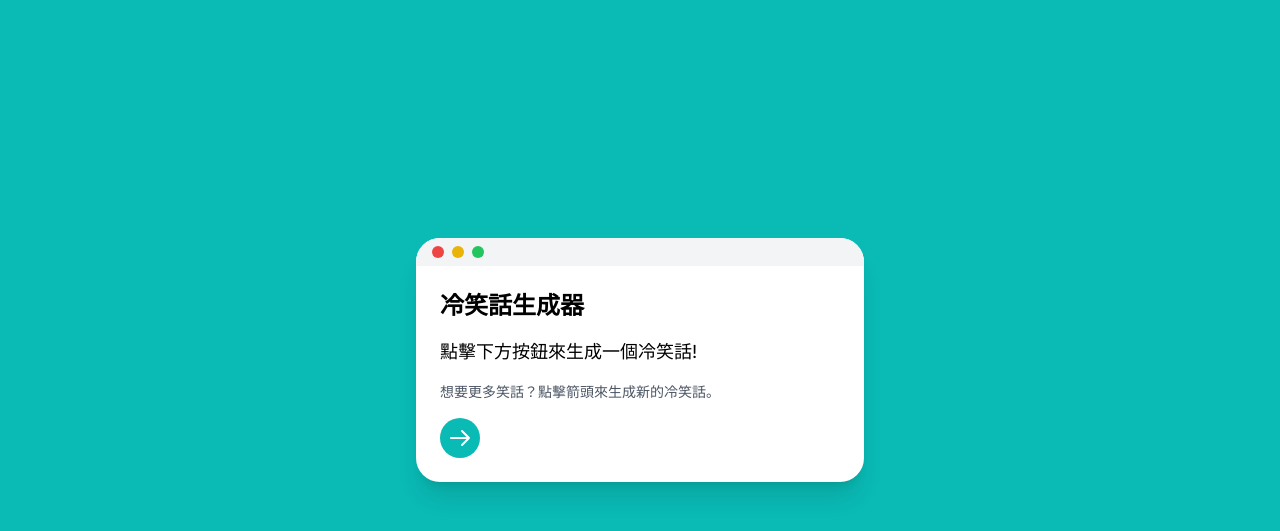
Repository: a7351220/joke-generator
Page: /
These files come from the project's save history. The page is drawn as it stood at one moment and after the next save; the edit follows.
The browser window is 1280 px wide. The pictures show the whole page.
The project was rebuilt for these pictures with package versions that can differ from the ones it lists, and the page was loaded fresh each time. The framework's server and built-in components were replaced by stand-ins that run in the browser. Also part of the build but not shown: next.config.mjs.

Above is the page before, as saved 2024-07-04 23:41:23.

After the next save:
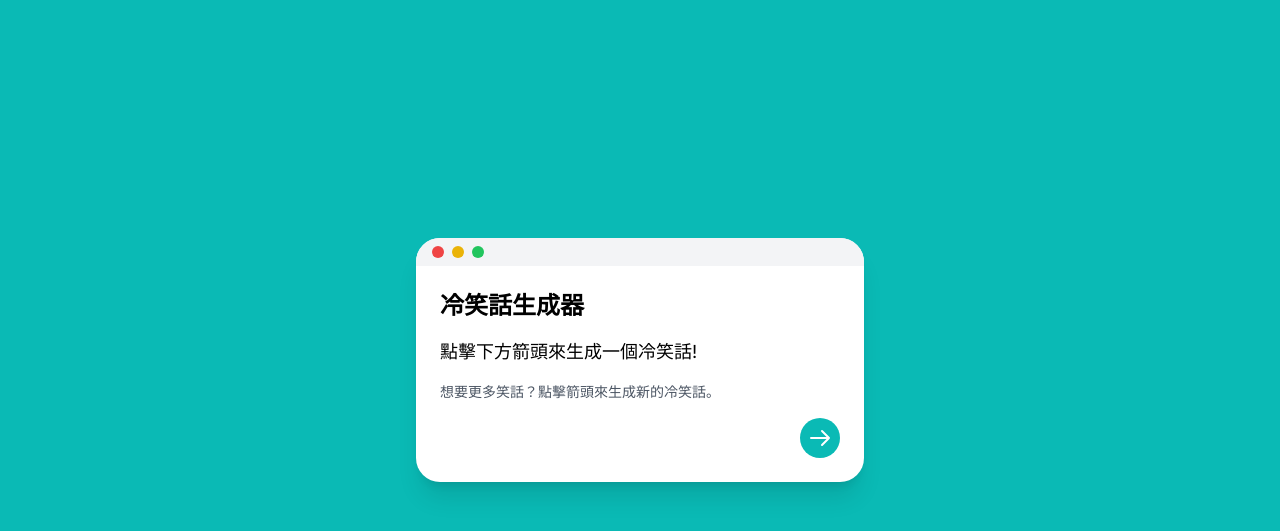
Saved 2 min 52 s later.
--- a/src/components/JokeGenerator.tsx
+++ b/src/components/JokeGenerator.tsx
@@ -2,61 +2,46 @@
 
 import { useState } from 'react';
 
-// 改進的"翻譯"函數
-const translateToMeme = (text: string): string => {
-  // 這個函數會嘗試將整個句子轉換為一個中文風格的句子
-  // 注意：這不是真正的翻譯，只是一個有趣的轉換
-  return text
-    .replace(/\b(I|you|he|she|it|we|they)\b/gi, '鼠鼠')
-    .replace(/\b(am|is|are|was|were)\b/gi, '是')
-    .replace(/\b(a|an|the)\b/gi, '個')
-    .replace(/\b(in|on|at)\b/gi, '在')
-    .replace(/\b(and)\b/gi, '和')
-    .replace(/\b(or)\b/gi, '或')
-    .replace(/\b(but)\b/gi, '但是')
-    .replace(/\b(if)\b/gi, '如果')
-    .replace(/\b(because)\b/gi, '因為')
-    .replace(/\b(with)\b/gi, '帶著')
-    .replace(/\b(for)\b/gi, '為了')
-    .replace(/\b(to)\b/gi, '去')
-    .replace(/\b(of)\b/gi, '的')
-    .replace(/\b(by)\b/gi, '通過')
-    .replace(/\b(from)\b/gi, '從')
-    .replace(/\?(.*)/g, '？$1喵')
-    .replace(/\.(.*)/g, '。$1汪')
-    .replace(/\!(.*)/g, '！$1嗷')
-    + '（笑死）';
-};
+// 定義多個笑話API來源
+const jokeAPIs = [
+  {
+    url: 'https://v2.jokeapi.dev/joke/Any?type=single',
+    extract: (data: any) => data.joke
+  },
+  {
+    url: 'https://official-joke-api.appspot.com/random_joke',
+    extract: (data: any) => `${data.setup} ${data.punchline}`
+  },
+  {
+    url: 'https://icanhazdadjoke.com/',
+    extract: (data: any) => data.joke,
+    headers: { 'Accept': 'application/json' }
+  }
+];
 
 export default function JokeGenerator() {
-  const [originalJoke, setOriginalJoke] = useState<string>('');
-  const [translatedJoke, setTranslatedJoke] = useState<string>('點擊下方按鈕來生成一個冷笑話!');
+  const [joke, setJoke] = useState<string>('點擊下方箭頭來生成一個冷笑話!');
   const [isLoading, setIsLoading] = useState<boolean>(false);
 
   const generateJoke = async () => {
     setIsLoading(true);
     try {
-      const response = await fetch('https://v2.jokeapi.dev/joke/Any?type=single');
+      // 隨機選擇一個API來源
+      const api = jokeAPIs[Math.floor(Math.random() * jokeAPIs.length)];
+      const response = await fetch(api.url, { headers: api.headers });
       const data = await response.json();
 
-      if (data.error) {
-        setOriginalJoke('Sorry, the joke generator is on strike. Maybe this is the coldest joke?');
-        setTranslatedJoke('抱歉，冷笑話生成器罷工了。也許這就是最冷的笑話？');
-      } else {
-        setOriginalJoke(data.joke);
-        setTranslatedJoke(translateToMeme(data.joke));
-      }
+      setJoke(api.extract(data));
     } catch (error) {
       console.error('獲取笑話時出錯:', error);
-      setOriginalJoke('Network error. The joke generator needs a break.');
-      setTranslatedJoke('網絡開小差了，冷笑話生成器需要休息一下。');
+      setJoke('網絡開小差了，冷笑話生成器需要休息一下。');
     } finally {
       setIsLoading(false);
     }
   };
 
   return (
-    <div className="flex items-center justify-center min-h-screen bg-[#0abab5]"> {/* Tiffany Green background */}
+    <div className="flex items-center justify-center min-h-screen bg-[#0abab5]">
       <div className="bg-white rounded-3xl shadow-xl w-full max-w-md overflow-hidden">
         <div className="px-4 py-2 bg-gray-100 flex items-center space-x-2">
           <div className="w-3 h-3 rounded-full bg-red-500"></div>
@@ -65,11 +50,11 @@ export default function JokeGenerator() {
         </div>
         <div className="p-6">
           <h1 className="text-2xl font-bold mb-4">冷笑話生成器</h1>
-          <p className="text-lg mb-4">{originalJoke || translatedJoke}</p>
+          <p className="text-lg mb-4">{joke}</p>
           <p className="text-sm text-gray-600 mb-4">
             {isLoading ? '生成中...' : '想要更多笑話？點擊箭頭來生成新的冷笑話。'}
           </p>
-          <div className="flex justify-between items-center">
+          <div className="flex justify-end items-center">
             <button
               onClick={generateJoke}
               disabled={isLoading}
